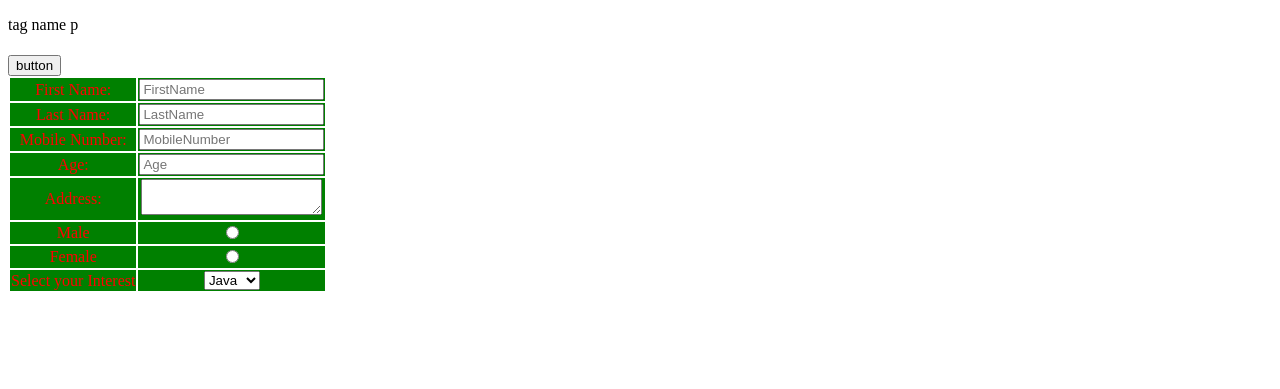
Repository: Ganesh281996/Ganesh
Page: BasicHtml/WebContent/Login.html
The author's editor kept a copy of each file at every save. The page is drawn from the files as they stood at one save, then again after the next save.
The browser window is 1280 px wide. The pictures show the whole page.

Above is the page before, as saved 2018-03-28 06:31:25.

After the next save:
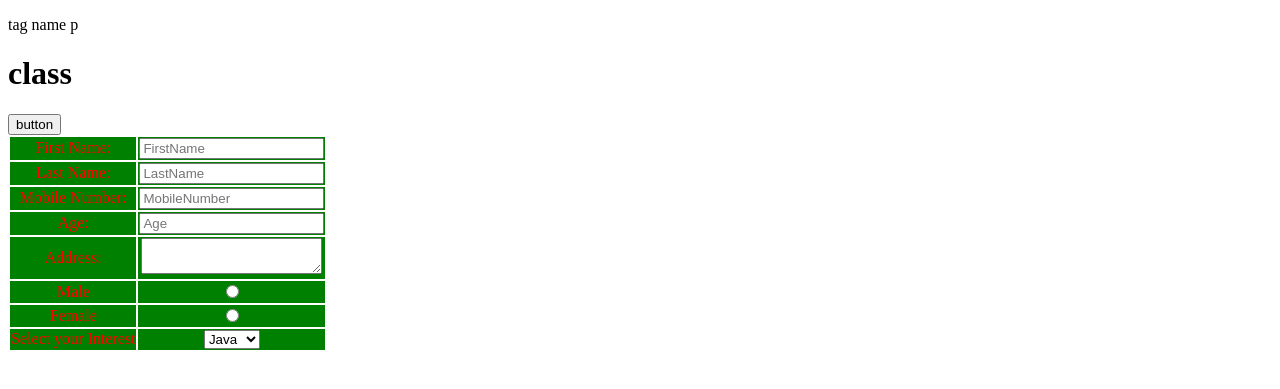
Saved 31 s later.
--- a/BasicHtml/WebContent/Login.html
+++ b/BasicHtml/WebContent/Login.html
@@ -14,7 +14,7 @@ document.getElementById("paragraph").innerHTML='nothing';
 }
 </script>-->
 <p >tag name p</p>
-<h1 class="h1"></h1>
+<h1 class="h1">class</h1>
 	<button id="button" onclick="return validate()">button</button>
 
 	<form action="return validate()" >
